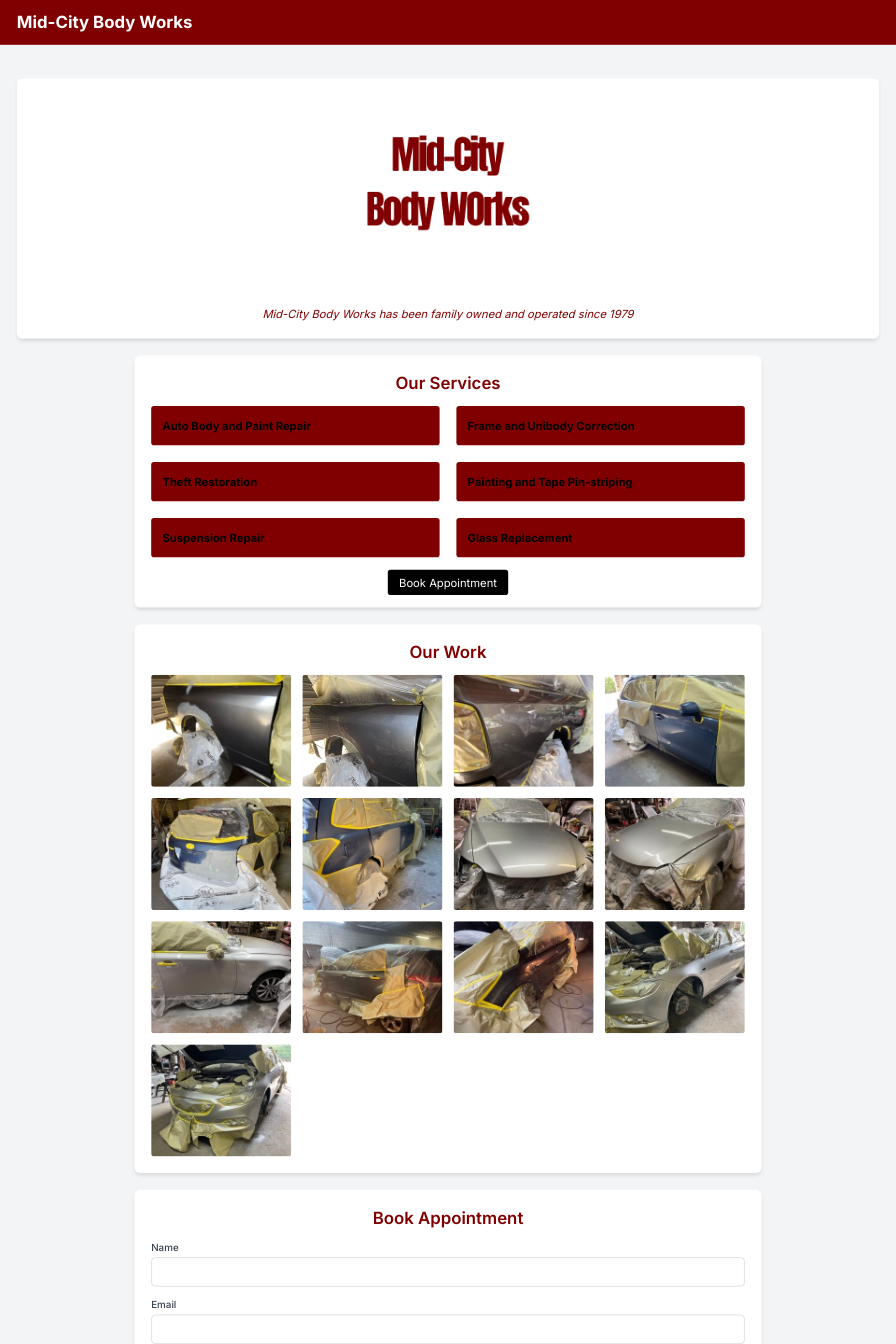
Repository: kayacancode/midcitybodyworks
Page: /
The author's editor kept a copy of each file at every save. The page is drawn from the files as they stood at one save, then again after the next save.
The browser window is 1280 px wide. The pictures show the part of the page from y = 0 to 1920 px (the page is 2768 px tall), at 70% of full size.
The project was rebuilt for these pictures with package versions that can differ from the ones it lists, and the page was loaded fresh each time. The framework's server and built-in components were replaced by stand-ins that run in the browser. Also part of the build but not shown: next.config.mjs.

Above is the page before, as saved 2024-06-30 13:26:32.

After the next save:
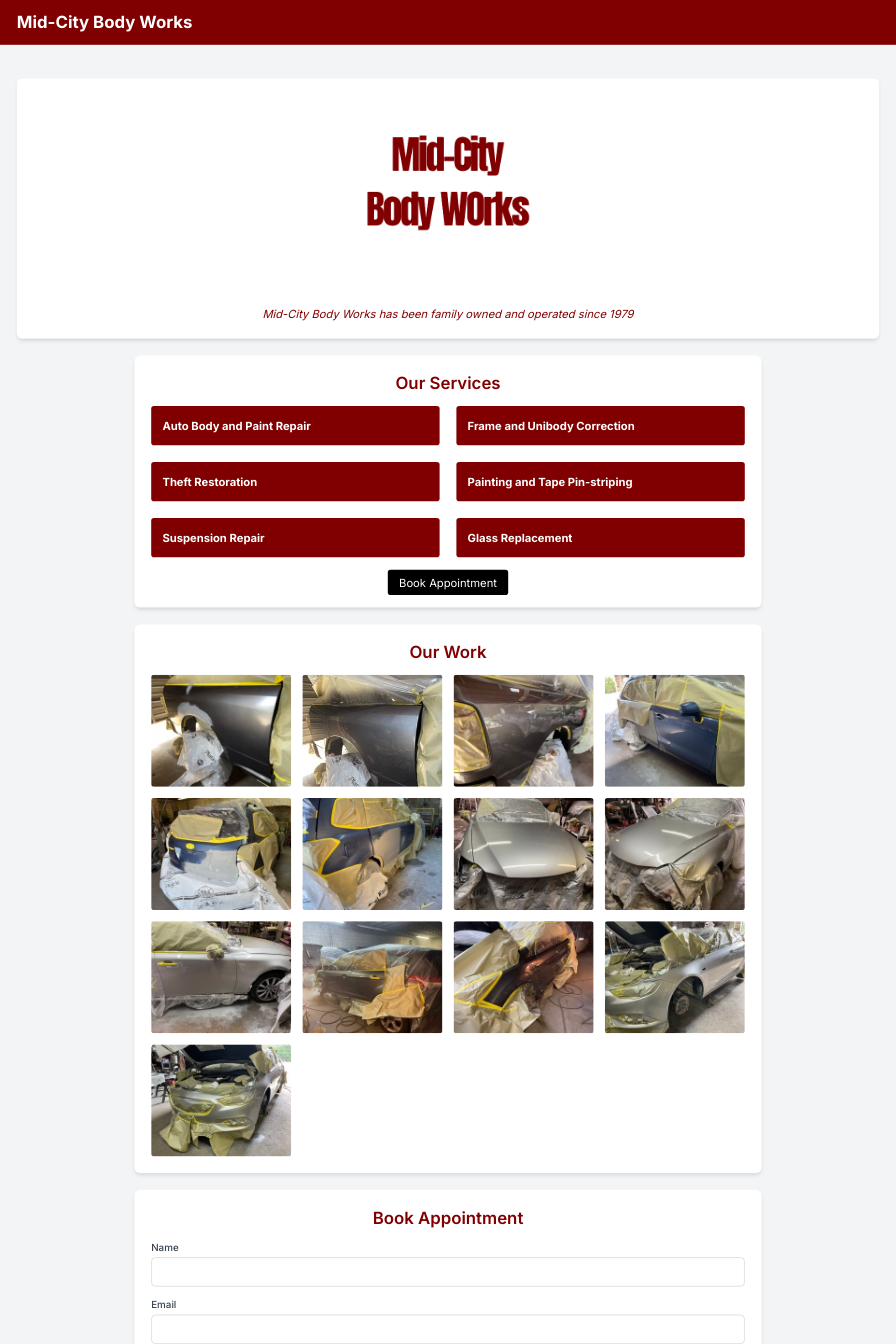
Saved 4 days later.
--- a/src/app/page.js
+++ b/src/app/page.js
@@ -78,22 +78,22 @@ export default function Home() {
           <h2 className="text-2xl font-semibold mb-4 text-[#800001] text-center">Our Services</h2>
           <div className="grid grid-cols-1 sm:grid-cols-2 gap-6">
             <div className="bg-[#800001] p-4 rounded">
-              <h3 className="font-bold">Auto Body and Paint Repair</h3>
-            </div>
-            <div className="bg-[#800001] p-4 rounded">
-              <h3 className="font-bold">Frame and Unibody Correction</h3>
-            </div>
-            <div className="bg-[#800001] p-4 rounded">
-              <h3 className="font-bold">Theft Restoration</h3>
-            </div>
-            <div className="bg-[#800001] p-4 rounded">
-              <h3 className="font-bold">Painting and Tape Pin-striping</h3>
-            </div>
-            <div className="bg-[#800001] p-4 rounded">
-              <h3 className="font-bold">Suspension Repair</h3>
-            </div>
-            <div className="bg-[#800001] p-4 rounded">
-              <h3 className="font-bold">Glass Replacement</h3>
+              <h3 className="font-bold text-white">Auto Body and Paint Repair</h3>
+            </div>
+            <div className="bg-[#800001] p-4 rounded">
+              <h3 className="font-bold text-white">Frame and Unibody Correction</h3>
+            </div>
+            <div className="bg-[#800001] p-4 rounded">
+              <h3 className="font-bold text-white">Theft Restoration</h3>
+            </div>
+            <div className="bg-[#800001] p-4 rounded">
+              <h3 className="font-bold text-white">Painting and Tape Pin-striping</h3>
+            </div>
+            <div className="bg-[#800001] p-4 rounded">
+              <h3 className="font-bold text-white ">Suspension Repair</h3>
+            </div>
+            <div className="bg-[#800001] p-4 rounded">
+              <h3 className="font-bold text-white ">Glass Replacement</h3>
             </div>
           </div>
           <div className="text-center mt-6">
